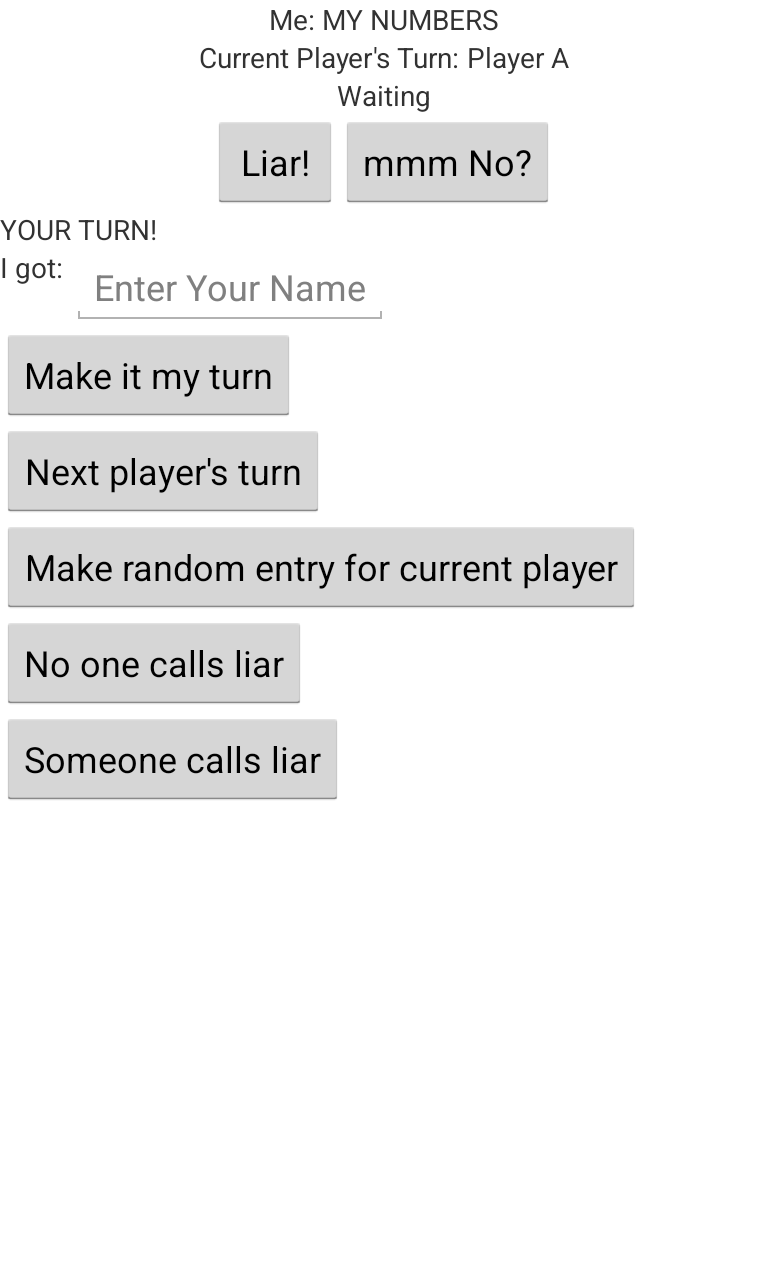
Repository: RayyLim/LiarPoker
Layout: LiarPoker/res/layout/gameroom_main.xml
An editor plug-in stored every save of this project. The layout is shown before and after the next save, followed by the edit.
It is drawn on a 768 x 1280 px phone screen (xhdpi) without system bars, with theme AppTheme; the app's code is not run.

Above is the layout before, as saved 2012-07-22 09:07:44.

### LiarPoker/res/layout/gameroom_main.xml
<?xml version="1.0" encoding="utf-8"?>
<LinearLayout xmlns:android="http://schemas.android.com/apk/res/android"
	android:layout_width="match_parent" android:layout_height="match_parent"
	android:orientation="vertical">

	<LinearLayout android:layout_width="wrap_content"
		android:layout_height="wrap_content"
		android:layout_gravity="center_horizontal">
		<TextView android:id="@+id/meLabel" android:layout_width="wrap_content"
			android:layout_height="wrap_content" android:text="Me: " />

		<TextView android:id="@+id/mynumbersLabel"
			android:layout_width="wrap_content" android:layout_height="wrap_content"
			android:text="MY NUMBERS" />
	</LinearLayout>

	<LinearLayout
	    android:id="@+id/notMyTurnLayout"
	    android:layout_width="wrap_content"
		android:layout_height="wrap_content"
		android:layout_gravity="center_horizontal"
		android:orientation="vertical"
	    >
	<LinearLayout android:layout_width="wrap_content"
		android:layout_height="wrap_content"
		android:layout_gravity="center_horizontal">
				<TextView
			android:layout_width="wrap_content" android:layout_height="wrap_content"
			android:text="Current Player's Turn: " />
		<TextView android:id="@+id/currentPlayerLabel"
			android:layout_width="wrap_content" android:layout_height="wrap_content"
			android:text="Player A" />



	</LinearLayout>
			<TextView android:id="@+id/currentPlayerHasLabel"
			android:layout_width="wrap_content" android:layout_height="wrap_content"
			android:text="Waiting"
			        android:layout_gravity="center_horizontal"
			        />



			<LinearLayout
			    android:layout_width="wrap_content"
			    android:layout_height="wrap_content"
			            android:layout_gravity="center_horizontal">
					<Button
			    android:id="@+id/liarButton"
			    android:layout_width="wrap_content"
			    android:layout_height="wrap_content"
			    android:text="Liar!"
			    />
								<Button
			    android:id="@+id/notLiarButton"
			    android:layout_width="wrap_content"
			    android:layout_height="wrap_content"
			    android:text="mmm No?" />
			</LinearLayout>
			</LinearLayout>

	<LinearLayout
	    android:layout_width="wrap_content"
	    android:layout_height="wrap_content"
	    android:orientation="vertical" >
			<TextView
			android:layout_width="wrap_content" android:layout_height="wrap_content"
			android:text="YOUR TURN!" />
				<LinearLayout
	    android:layout_width="wrap_content"
	    android:layout_height="wrap_content"
	    android:orientation="horizontal" >
			<TextView
			android:layout_width="wrap_content" android:layout_height="wrap_content"
			android:text="I got: " />

			<EditText android:id="@+id/igot"
        android:layout_weight="0"
        android:layout_width="wrap_content"
        android:layout_height="wrap_content"
        android:layout_gravity="center_horizontal"
        android:hint="@string/enteryourname_message" />

	</LinearLayout>
	</LinearLayout>

			<Button
			    android:id="@+id/testMyTurn"
			    android:layout_width="wrap_content"
			    android:layout_height="wrap_content"
			    android:text="Make it my turn"
			    android:onClick="fakeMyTurn"/>

			<Button
			    android:id="@+id/testNextPlayerTurn"
			    android:layout_width="wrap_content"
			    android:layout_height="wrap_content"
			    android:text="Next player's turn"
			    android:onClick="fakeNewCurrentPlayer"
			    />


						<Button
			    android:id="@+id/testRandomEntryForPlayer"
			    android:layout_width="wrap_content"
			    android:layout_height="wrap_content"
			    android:text="Make random entry for current player"
			    android:onClick="fakeRandomCurrentPlayerHas"/>

												<Button
			    android:id="@+id/fakeNoOneCallsLiar"
			    android:layout_width="wrap_content"
			    android:layout_height="wrap_content"
			    android:text="No one calls liar"
			    android:onClick="fakeNoOneCallsLiar"/>

																								<Button
			    android:id="@+id/fakeSomeoneCallsLiar"
			    android:layout_width="wrap_content"
			    android:layout_height="wrap_content"
			    android:text="Someone calls liar"
			    android:onClick="fakeSomeoneCallsLiar"/>

</LinearLayout>

### LiarPoker/res/values/strings.xml
<resources>

    <string name="app_name">LiarPoker</string>
    <string name="hello_world">Hello world!</string>
    <string name="menu_settings">Settings</string>
    <string name="title_activity_main">MainActivity</string>
    <string name="button_send">SEND!</string>
<string name="liarpokertitle">Liar Poker</string>
<string name="button_joingame">Join Game</string>
<string name="enteryourname_message">Enter Your Name</string>
<string name="waiting">Waiting</string>
<string name="igot_message">What do you have?</string>
</resources>

Loaded but not shown: LiarPoker/res/values-v11/styles.xml (common file); LiarPoker/res/values-v14/styles.xml (common file); LiarPoker/res/values/styles.xml (common file)

After the next save:
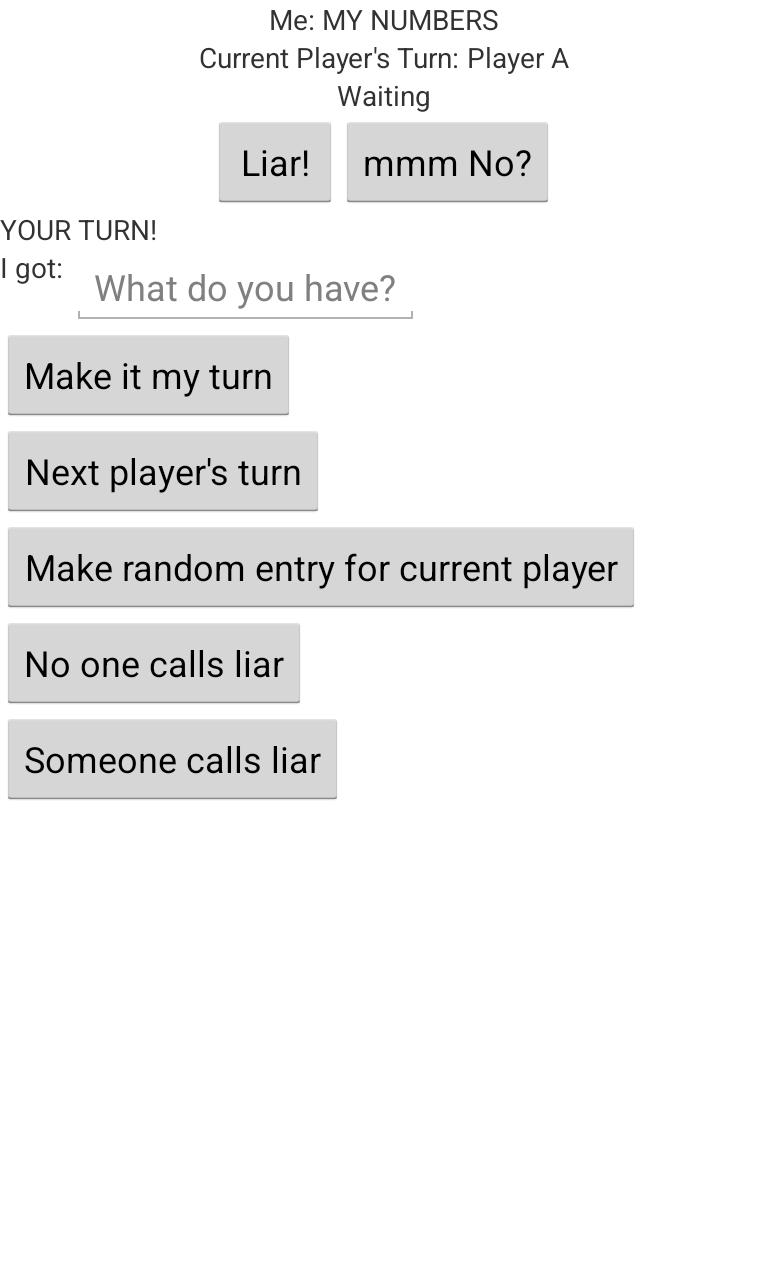
Saved 24 s later.
--- a/LiarPoker/res/layout/gameroom_main.xml
+++ b/LiarPoker/res/layout/gameroom_main.xml
@@ -80,7 +80,7 @@
         android:layout_width="wrap_content"
         android:layout_height="wrap_content"
         android:layout_gravity="center_horizontal"
-        android:hint="@string/enteryourname_message" />
+        android:hint="@string/igot_message" />
 
 	</LinearLayout>
 	</LinearLayout>
